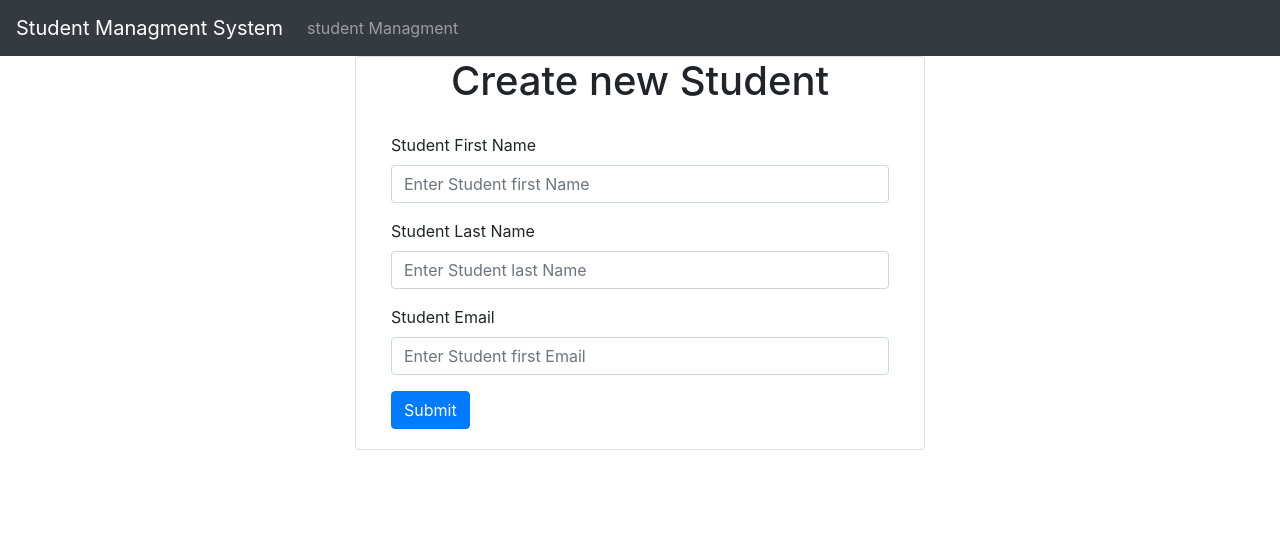
Repository: ahmedalimouhamed/springboot-projects
Page: http://localhost/create_student
The author's editor kept a copy of each file at every save. The page is drawn from the files as they stood at one save, then again after the next save.
The browser window is 1280 px wide. The pictures show the whole page.
The page is this project's Thymeleaf template; nobody is signed in. The template is opened directly, without the code that normally fills it, so the values that code supplies are empty.

Above is the page before, as saved 2023-08-11 16:52:07.

### student-managment-system/src/main/resources/templates/create_student.html
<!DOCTYPE html>
<html xmlns:th="http://www.thymeleaf.org">
<head>
<meta charset="UTF-8">
<title>List of students</title>
<link rel="stylesheet"
	href="https://cdn.jsdelivr.net/npm/bootstrap@4.6.2/dist/css/bootstrap.min.css"
	integrity="sha384-xOolHFLEh07PJGoPkLv1IbcEPTNtaed2xpHsD9ESMhqIYd0nLMwNLD69Npy4HI+N"
	crossorigin="anonymous">
</head>
<body>
	<nav class="navbar navbar-expand-lg navbar-dark bg-dark mb">
		<a class="navbar-brand" href="#">Student Managment System</a>
		<button class="navbar-toggler" type="button" data-toggle="collapse"
			data-target="#navbarNav" aria-controls="navbarNav"
			aria-expanded="false" aria-label="Toggle navigation">
			<span class="navbar-toggler-icon"></span>
		</button>
		<div class="collapse navbar-collapse" id="navbarNav">
			<ul class="navbar-nav">
				<li class="nav-item">
					<a class="nav-link" th:href="@{/students}">student Managment</a>
				</li>
			</ul>
		</div>
	</nav>
	<div class="container">
		<div class="row">
			<div class="col-lg-6 col-md-6 col-sm-6 container justify-content-center card">
				<h1 class="text-center">Create new Student</h1>
				<div class="card-body">
					<form th:action="@{/students}" th:object="${student}" method="POST">
						<div class="form-group">
							<label>Student First Name</label>
							<input class="form-control" type="text" name="firstName" th:field="*{firstName}" placeholder="Enter Student first Name" />
						</div>

						<div class="form-group">
							<label>Student Last Name</label>
							<input class="form-control" type="text" name="lastName" th:field="*{lastName}" placeholder="Enter Student last Name" />
						</div>

						<div class="form-group">
							<label>Student Email</label>
							<input class="form-control" type="email" name="email" th:field="*{email}" placeholder="Enter Student first Email" />
						</div>

						<div class="box-footer">
							<button type="submit" class="btn btn-primary">Submit</button>
						</div>
					</form>
				</div>
			</div>
		</div>
	</div>
</body>
</html>

After the next save:
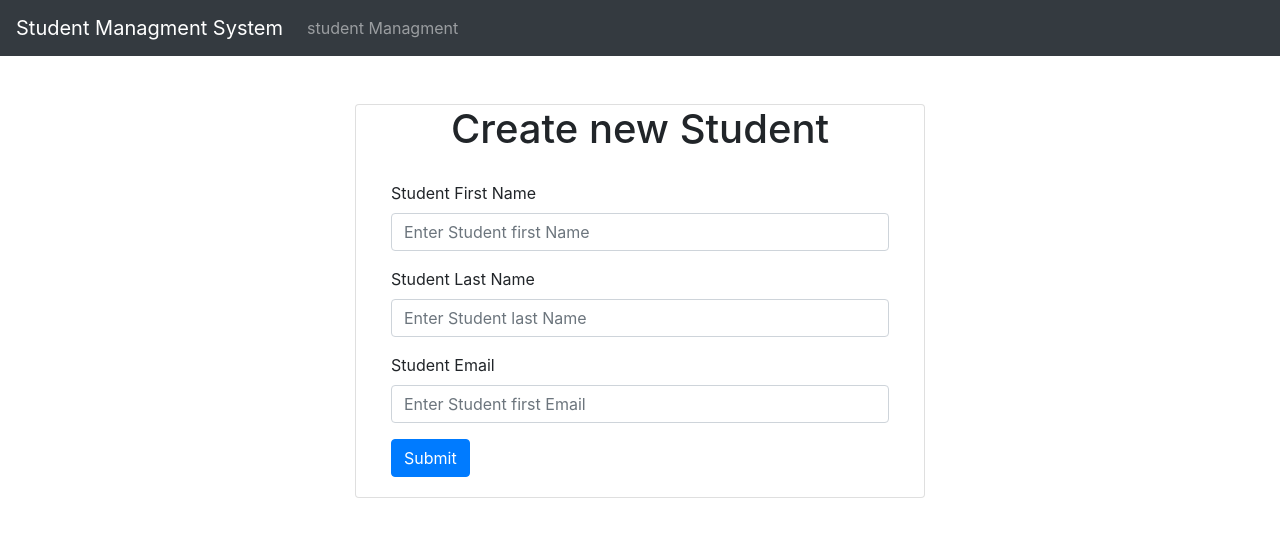
Saved 2 s later.
--- a/student-managment-system/src/main/resources/templates/create_student.html
+++ b/student-managment-system/src/main/resources/templates/create_student.html
@@ -9,7 +9,7 @@
 	crossorigin="anonymous">
 </head>
 <body>
-	<nav class="navbar navbar-expand-lg navbar-dark bg-dark mb">
+	<nav class="navbar navbar-expand-lg navbar-dark bg-dark mb-5">
 		<a class="navbar-brand" href="#">Student Managment System</a>
 		<button class="navbar-toggler" type="button" data-toggle="collapse"
 			data-target="#navbarNav" aria-controls="navbarNav"
